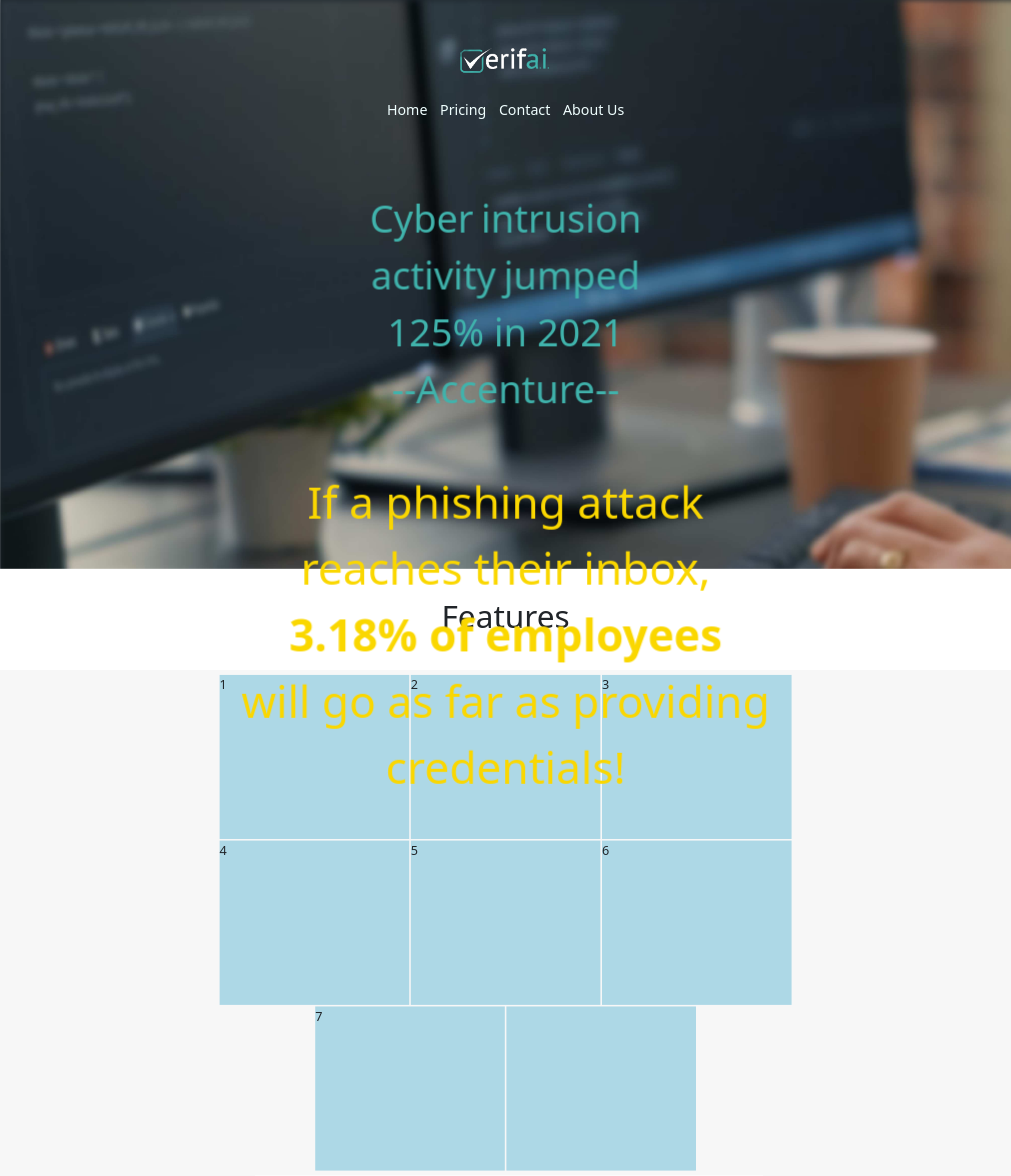
Repository: Ali-VB/verif-website
Page: /
An editor plug-in stored every save of this project. The page is shown before and after the next save, followed by the edit.
The browser window is 1280 px wide. The pictures show the whole page, at 79% of full size.
The project was rebuilt for these pictures with package versions that can differ from the ones it lists, and the page was loaded fresh each time.

Above is the page before, as saved 2022-04-19 11:04:01.

### src/index.css
 body {
  margin: 0;
  padding: 0;
  font-family: -apple-system, BlinkMacSystemFont, 'Segoe UI', 'Roboto', 'Oxygen',
    'Ubuntu', 'Cantarell', 'Fira Sans', 'Droid Sans', 'Helvetica Neue',
    sans-serif;
  -webkit-font-smoothing: antialiased;
  -moz-osx-font-smoothing: grayscale;
}

/* code {
  font-family: source-code-pro, Menlo, Monaco, Consolas, 'Courier New',
    monospace;
}  */

### src/App.js
import React from "react";
import './App.css'
import Navbar from './components/Navbar/Navbar';
import Features from './components/Features/Features'
import Header from './components/Header/Header'


function App() {
  return (
    <div>
      <div className="nav-bg">
        <Navbar />
        <Header />

      </div>
       <Features />
    </div>

  );
}

export default App;

### src/App.css

.nav-bg{
    background-image: url("./Assets/imgs/nav-bg.png");
    height: 100vh;
}

### src/components/Navbar/Navbar.jsx
import React from "react";
import "./Navbar.css";
import verifLogo from "../../Assets/imgs/logo_verif_white.png";
import Header from "../Header/Header";

function Navbar() {
  return (
    <div className="container">
      <div className=" navbar">
        <img className="verif-logo" src={verifLogo} alt="verif-logo" />
        <ul className="navLink">
          <li>Home</li>
          <li>Pricing</li>
          <li>Contact</li>
          <li>About Us</li>
        </ul>
      </div>
    </div>
  );
}

export default Navbar;

### src/components/Features/Features.jsx
import React from "react";
import "./Features.css";
const Features = () => {
  return (
    <div>
      <div className="features-title-section">
        <h1 className="features-title">Features</h1>
      </div>
      <div className="features-section">
        <div className="feature-table">
          <div>1</div>
          <div>2</div>
          <div>3</div>
          <div>4</div>
          <div>5</div>
          <div>6</div>
          <div>7</div>
          <div></div>
        </div>
      </div>
    </div>
  );
};

export default Features;

### src/components/Header/Header.jsx
import React from "react";
import "./Header.css";

export default function Header() {
  return (
    <div className="header-animated">
      <div className="text-first">
        <span className="text-first-span">Cyber</span>
        <span className="text-first-span">intrusion</span>
        <span className="text-first-span">activity</span>
        <span className="text-first-span">jumped</span>
        <span className="text-first-span">125% in 2021</span>
        <span className="text-first-span">--Accenture--</span>
      </div>
      <div className="text-second">
        <span className="text-second-span">If a phishing attack reaches their inbox,</span>
        <span className="text-second-span">3.18% of employees</span>
        <span className="text-second-span">
          will go as far as providing credentials!
        </span>
      </div>
    </div>
  );
}

### src/components/Navbar/Navbar.css

.navbar{
    display: flex;
    flex-direction: column;
    justify-content: center;
    height:10rem;
}
.verif-logo{
    width: 8rem;
    margin-top: 3rem;
}
.verif-logo:hover{
    cursor: pointer;
}
.navLink{
    margin: 0;
    padding:0;
    list-style-type: none;
    display: flex;
    color: azure;
    font-size: 18px;
    gap: 1rem;

}
.navLink:hover{
    cursor: pointer;
}

### src/components/Features/Features.css
.features-title-section{
    height: 8rem;
    display: flex;
    justify-content: center;
    align-items: center;
}
.features-title{

}
.features-section{
    height: 40rem;
    background-color: #f7f7f7;
    display: flex;
    justify-content: center;
    align-items: center;
}
.feature-table{
    display: flex;
    flex-wrap: wrap;
    justify-content: center;
    align-items: center;
    align-content: center;
    width: 65%;
    /* height: 80vh; */
    overflow: auto;
    flex-direction: row;
    gap: 2px ;
}
.feature-table div{
    width: 15rem;
    height: 13rem;
    /* margin: 5px; */
    background-color: lightblue;
    /* border: 1px solid red; */
}

### src/components/Header/Header.css
.header-animated{
    overflow-wrap:break-word;
    margin:0 auto;
    padding: 3rem 5rem;
}

.text-first {
    padding: 2rem 2rem;
    color: #40B3AC;
    font-size:3rem;
    width: 40%;
    margin: 0 auto;
    text-align: center;
    transform: scale(0.94);
    animation: scale 2s forwards cubic-bezier(0.5, 1, 0.89, 1);
  }
.text-second {
    padding: 2rem 2rem;
    color: #FAD700;
    font-size:3.5rem;
    width: 70%;
    margin: 0 auto;
    text-align: center;
    transform: scale(0.94);
    animation: scale 3s forwards cubic-bezier(0.5, 1, 0.89, 1);
  }
  @keyframes scale {
    100% {
      transform: scale(1);
    }
  }

  .text-first-span {
    display: inline-block;
    opacity: 0;
    filter: blur(4px);
  }

  .text-first-span:nth-child(1) {
    animation: fade-in 1s 0.1s forwards cubic-bezier(0.11, 0, 0.5, 0);
    margin: 0 0.3rem;
  }

  .text-first-span:nth-child(2) {
    animation: fade-in 1s 0.3s forwards cubic-bezier(0.11, 0, 0.5, 0);
    margin: 0 0.3rem;
  }

  .text-first-span:nth-child(3) {
    animation: fade-in 1s 0.5s forwards cubic-bezier(0.11, 0, 0.5, 0);
    margin: 0 0.3rem;
  }

  .text-first-span:nth-child(4) {
    animation: fade-in 1s 0.7s forwards cubic-bezier(0.11, 0, 0.5, 0);
    margin: 0 0.3rem;
  }

  .text-first-span:nth-child(5) {
    animation: fade-in 1s 0.9s forwards cubic-bezier(0.11, 0, 0.5, 0);
    margin: 0 0.3rem;
  }
  .text-first-span:nth-child(6) {
    animation: fade-in 1s 0.9s forwards cubic-bezier(0.11, 0, 0.5, 0);
    margin: 0 0.3rem;
  }

  .text-second-span {
    display: inline-block;
    opacity: 0;
    filter: blur(4px);
  }

  .text-second-span:nth-child(1) {
    animation: fade-in 1.2s 2.2s forwards cubic-bezier(0.11, 0, 0.5, 0);
    margin: 0 0.3rem;
  }

  .text-second-span:nth-child(2) {
    animation: fade-in 1.8s 2.6s forwards cubic-bezier(0.11, 0, 0.5, 0);
    margin: 0 0.3rem;
    font-weight: bolder;
  }

  .text-second-span:nth-child(3) {
    animation: fade-in 1.2s 3.6s forwards cubic-bezier(0.11, 0, 0.5, 0);
    margin: 0 0.3rem;
  }


  @keyframes fade-in {
    100% {
      opacity: 1;
      filter: blur(0);
    }
  }

  @media only screen and (max-width: 992px) {
    .text-first {
        margin-top: 3rem;
        margin-bottom: 2rem;
        padding: 0.1rem 0.1rem;
        width: 90%;
        font-size:3.5rem;


      }
      .text-second {
        padding: 0.1rem 0.1rem;
        width: 90%;
        font-size:4rem;

      }
  }

  @media only screen and (max-width: 768px) {
    .text-first {
        margin-top: 4.5rem;
        margin-bottom: 3rem;
        padding: 0.1rem 0.1rem;
        width: 90%;
        font-size:1.5rem;


      }
    .text-second {
        padding: 0.1rem 0.1rem;
        width: 90%;
        font-size:2.1rem;

      }
  }

Loaded but not shown: public/index.html (common file); src/index.js (common file); src/reportWebVitals.js (common file)

After the next save:
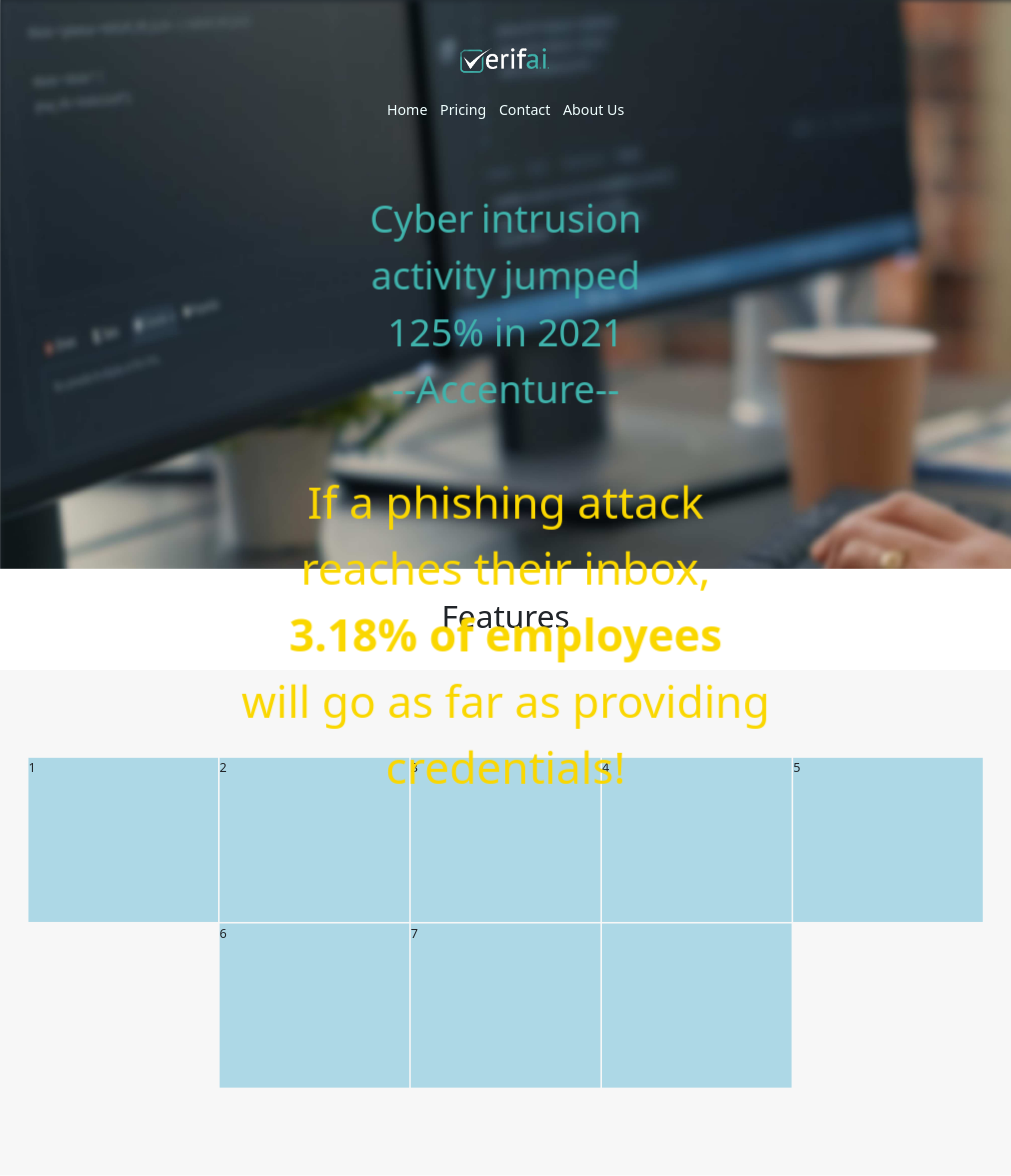
Saved 24 s later.
--- a/src/components/Features/Features.css
+++ b/src/components/Features/Features.css
@@ -20,7 +20,7 @@
     justify-content: center;
     align-items: center;
     align-content: center;
-    width: 65%;
+    width: 100%;
     /* height: 80vh; */
     overflow: auto;
     flex-direction: row;
